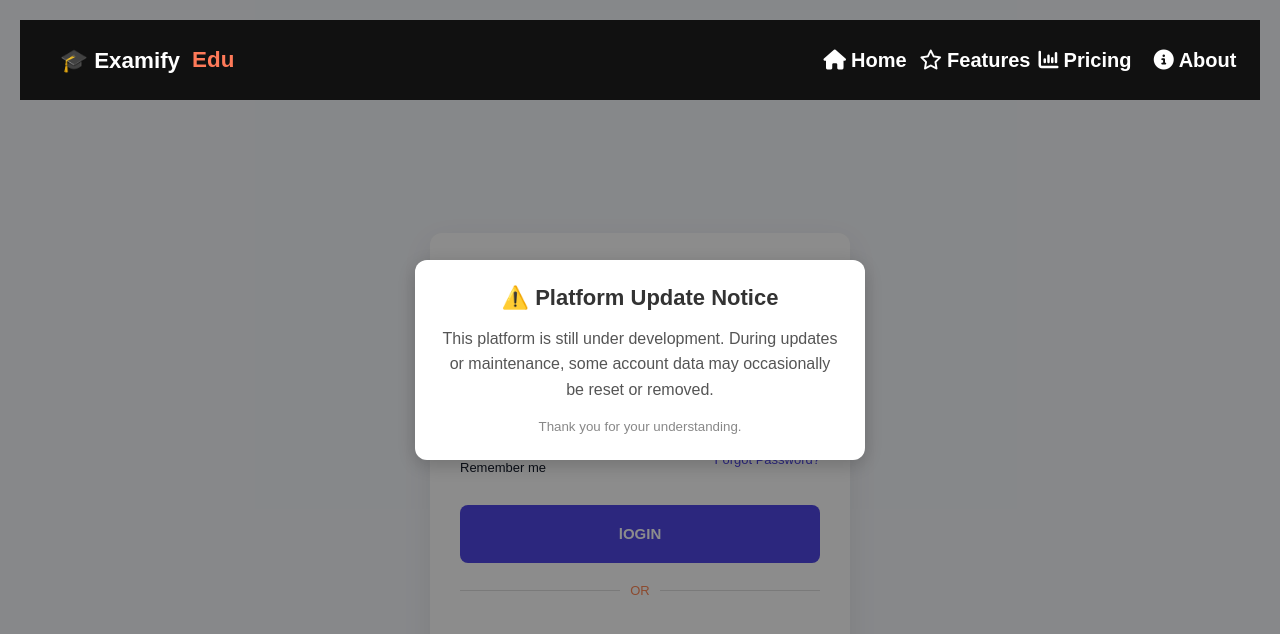
Repository: XDENTERTAINMENT/EXAMIFY.Np2
Page: /studentlogin
The author's editor kept a copy of each file at every save. The page is drawn from the files as they stood at one save, then again after the next save.
The browser window is 1280 px wide. The pictures show the whole page.
The page's requests for data from a server got no answer. An inner scrolling area shows only its first screen. The project was rebuilt for these pictures with package versions that can differ from the ones it lists, and the page was loaded fresh each time. No one was signed in, and anything a server would have sent is missing. Also part of the build but not shown: vite.config.js, src/pages/landingPage/landingPage.jsx, src/pages/teacher/TeacherDashboard.jsx, src/pages/student/Student.css, src/pages/student/StudentDashboard.jsx, src/pages/Features/Features.jsx, src/pages/Pricing/Pricing.jsx, src/pages/About/About.jsx and 20 more.

Above is the page before, as saved 2026-06-05 12:04:43.

After the next save:
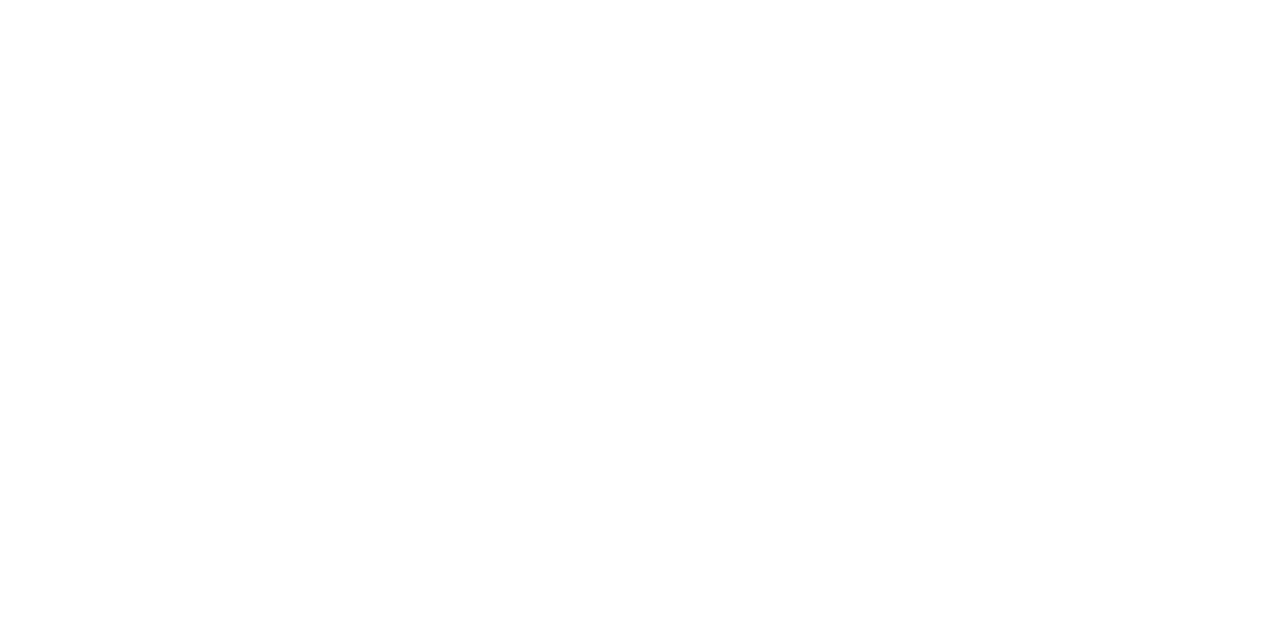
Console error: ReferenceError: API is not defined
Saved 4 min 17 s later.
--- a/src/services/api.js
+++ b/src/services/api.js
@@ -6,9 +6,9 @@
 
 
 
-const API = axios.create({
-  baseURL: "http://localhost:5000/api",
-});
+// const API = axios.create({
+//   baseURL: "http://localhost:5000/api",
+// });
 
 
 // ✅ ONE clean interceptor only

After the save that followed:
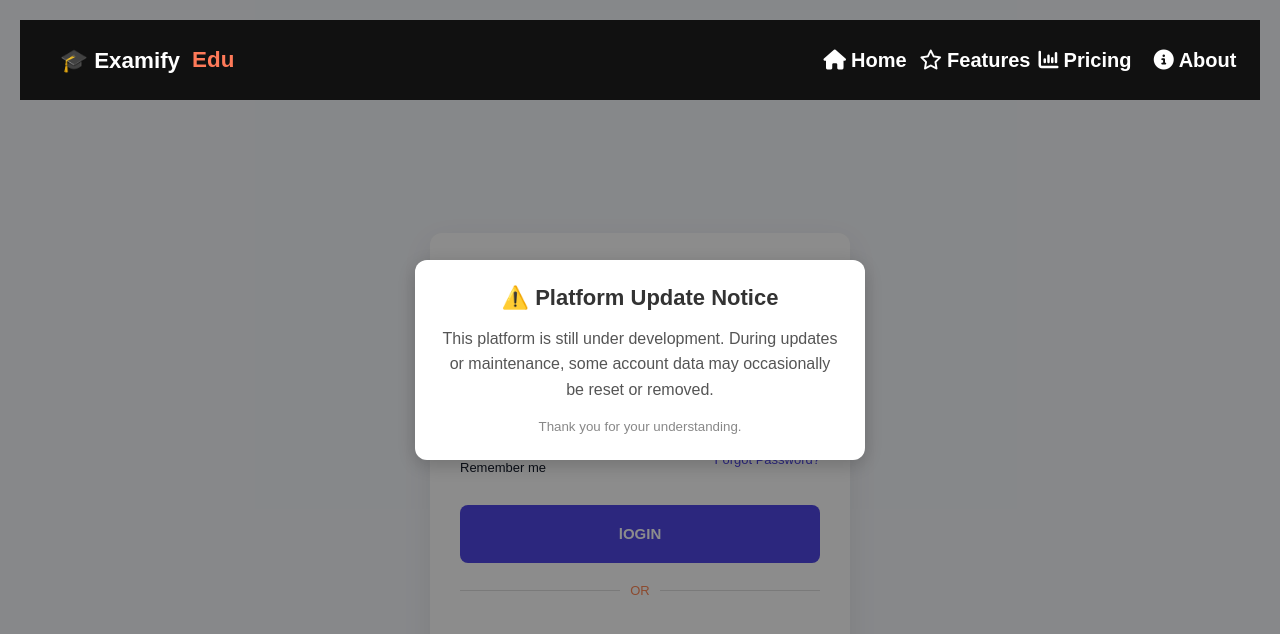
The error is gone.
Saved 4 s later.
--- a/src/services/api.js
+++ b/src/services/api.js
@@ -1,8 +1,8 @@
 import axios from "axios";
 
-// const API = axios.create({
-//   baseURL: " https://exam-backend-examify.onrender.com/api",
-// });
+const API = axios.create({
+  baseURL: " https://exam-backend-examify.onrender.com/api",
+});
 
 
 
